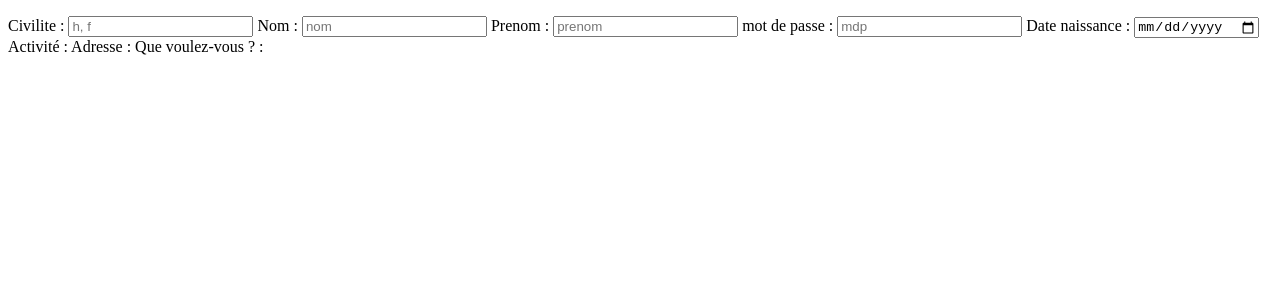
Repository: Douzal/AFCEPF_Architecte_Logiciel
Page: Workspace_Alexis/PremierWebv2/src/main/webapp/Form.html
These files come from the project's save history. The page is drawn as it stood at one moment and after the next save; the edit follows.
The browser window is 1280 px wide. The pictures show the whole page.

Above is the page before, as saved 2018-03-14 13:47:46.

### Workspace_Alexis/PremierWebv2/src/main/webapp/Form.html
<!DOCTYPE html>
<html>
<head>
<meta charset="UTF-8">
<title>-- Formulaire --</title>
</head>
<body>

<form action="traitement" method="post">
	<p>
	<label for="civ">Civilite : </label><input id="civ" name="civ" type="text" placeholder="h, f"></input>
	<label for="nom">Nom : </label><input id="nom" name="nom" type="text" placeholder="nom"></input>
	<label for="prenom">Prenom : </label><input id="prenom" name=""prenom"" type="text" placeholder="prenom"></input>
	<label for="mdp">mot de passe : </label><input id="mdp" name=""mdp"" type="password" placeholder="mdp"></input>
	<label for="dob">Date naissance : </label><input id="dob" name=""mdp"" type="date" placeholder="Naissance"></input>
	<label>Activité : </label>
	<label>Adresse : </label>
	<label>Que voulez-vous ? : </label>
	</p>
</form>


</body>
</html>

After the next save:
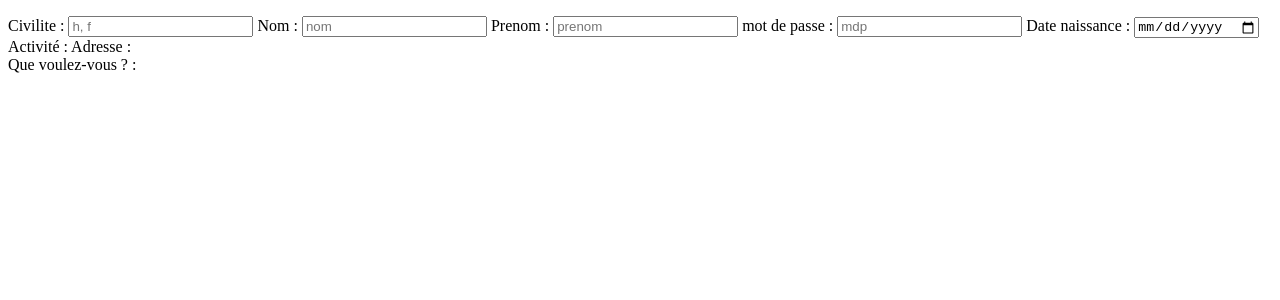
Saved 16 s later.
--- a/Workspace_Alexis/PremierWebv2/src/main/webapp/Form.html
+++ b/Workspace_Alexis/PremierWebv2/src/main/webapp/Form.html
@@ -15,6 +15,7 @@
 	<label for="dob">Date naissance : </label><input id="dob" name=""mdp"" type="date" placeholder="Naissance"></input>
 	<label>Activité : </label>
 	<label>Adresse : </label>
+	</br>
 	<label>Que voulez-vous ? : </label>
 	</p>
 </form>
